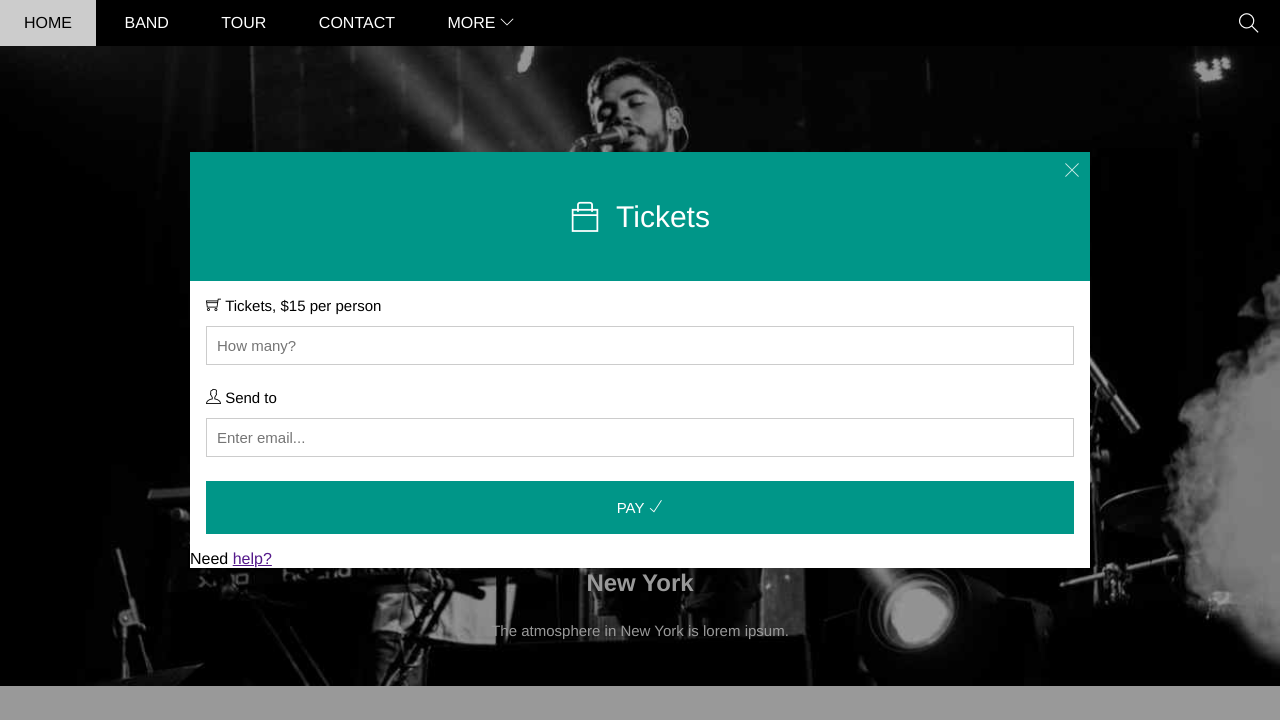
Repository: vophuocthanh/phuocthanhk03
Page: index.html
The author's editor kept a copy of each file at every save. The page is drawn from the files as they stood at one save, then again after the next save.
The browser window is 1280 px wide. The pictures show the window.
A layer covers the whole window, so only the first screen is drawn.

Above is the page before, as saved 2022-03-25 22:44:32.

After the next save:
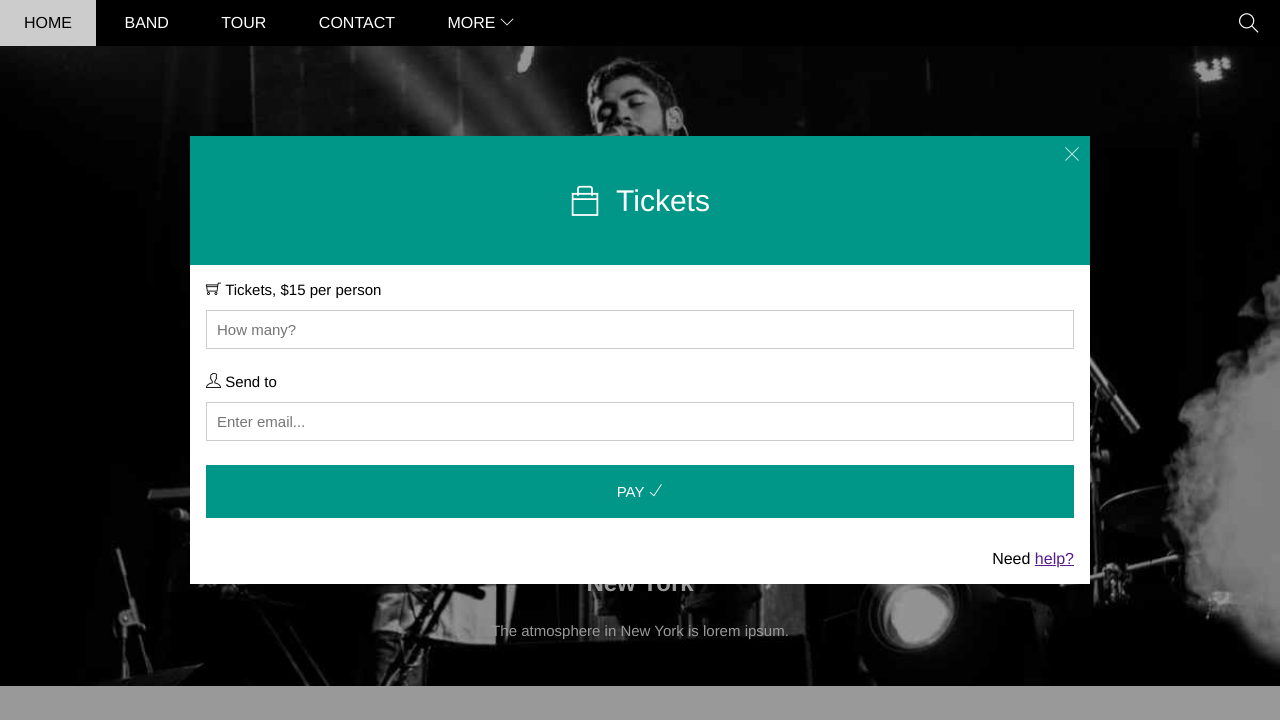
Saved 98 s later.
--- a/asset/css/style.css
+++ b/asset/css/style.css
@@ -380,3 +380,8 @@ html {
 #buy-tickets:hover {
     opacity: 0.9;
 }
+
+.modal-footer {
+    padding: 16px;
+    text-align: right;
+}
